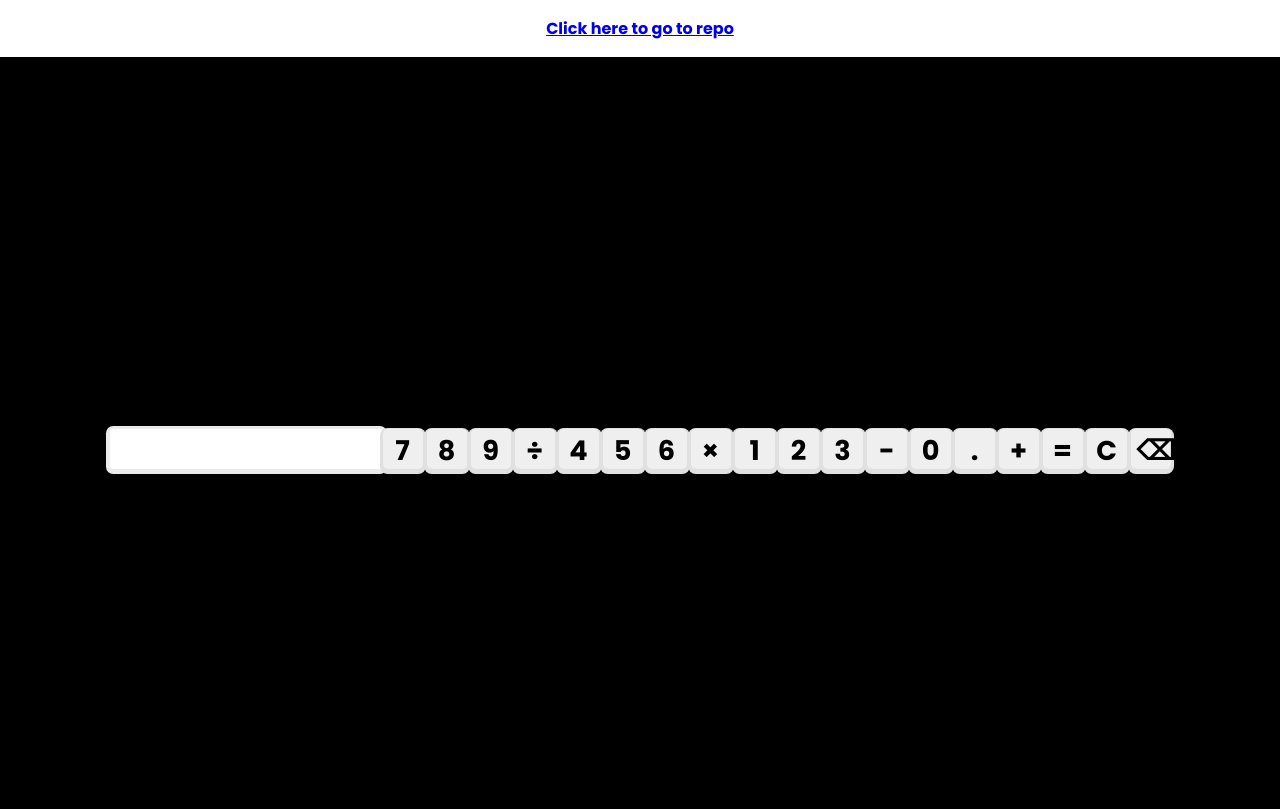
Repository: mcjohnsontech/Basic-calculator
Page: index.html
The author's editor kept a copy of each file at every save. The page is drawn from the files as they stood at one save, then again after the next save.
The browser window is 1280 px wide. The pictures show the whole page.

Above is the page before, as saved 2026-01-31 20:04:48.

### index.html
<!doctype html>
<html lang="en">
  <head>
    <meta charset="UTF-8" />

    <meta name="viewport" content="width=device-width, initial-scale=1.0" />
    <link rel="stylesheet" href="index.css" />
    <link rel="preconnect" href="https://fonts.googleapis.com" />
    <link rel="preconnect" href="https://fonts.gstatic.com" crossorigin />
    <link
      href="https://fonts.googleapis.com/css2?family=Poppins:ital,wght@0,100;0,200;0,300;0,400;0,500;0,600;0,700;0,800;0,900;1,100;1,200;1,300;1,400;1,500;1,600;1,700;1,800;1,900&display=swap"
      rel="stylesheet"
    />
    <title>Calculator</title>

    <p>
      <a href="https://github.com/mcjohnsontech/Basic-calculator"
        >Click here to go to repo</a
      >
    </p>
  </head>
  <body>
    <section class="calculator">
      <div class="display-wrapper">
        <input
          type="text"
          id="display"
          readonly
          aria-label="Calculator display"
        />
      </div>

      <div class="buttons">
        <!-- Row 1 -->
        <button data-value="7">7</button>
        <button data-value="8">8</button>
        <button data-value="9">9</button>
        <button class="operator" data-operator="/">÷</button>

        <!-- Row 2 -->
        <button data-value="4">4</button>
        <button data-value="5">5</button>
        <button data-value="6">6</button>
        <button class="operator" data-operator="*">×</button>

        <!-- Row 3 -->
        <button data-value="1">1</button>
        <button data-value="2">2</button>
        <button data-value="3">3</button>
        <button class="operator" data-operator="-">−</button>

        <!-- Row 4 -->
        <button data-value="0" class="zero">0</button>
        <button data-value=".">.</button>
        <button class="operator" data-operator="+">+</button>
        <button id="equals">=</button>

        <!-- Row 5 -->
        <button id="clear" class="span-two">C</button>
        <button id="backspace">⌫</button>
      </div>
    </section>
  </body>
</html>
<script src="./index.js"></script>

### index.css
body{
    margin: 0;
    padding: 0;
}

p{
    font-family: "Poppins", sans-serif;
    font-weight: 700;
    text-align: center;
}
section.calculator{
    padding-top: 2rem;
    display: flex;
    background-color: #000;
    justify-content: center;
    align-items: center;
    height: 100vh;
}

table{
    background-color: rgb(116, 116, 116);
    width: 200px;
    height: 400px;
    padding: 1.1rem;
    border-radius: 0.3rem;
    box-shadow: 0px 2px 0px 5px rgb(107 107 107);

}

button{
    font-size: 1.7rem;
    font-weight: 600;
    width: 40px;
    height: 40px;
    font-family: "Poppins", sans-serif;
    font-weight: 700;
    text-align: center;
    border: 0;
    outline: 0;
    border-radius: 0.3rem;
    box-shadow: 0px 2px 0px 3px rgb(224 224 224);
}
button#total {
    background-color: orange;
    box-shadow: 0px 2px 0px 3px rgb(217 143 18);
}
input{
    text-align: right;
    border: 0;
    outline: 0;
    border-radius: 0.2rem;
    font-family: "Poppins", sans-serif;
    font-weight: 700;
    /* font-size: 1.7rem; */
    height: 2.4rem;
    box-shadow: 0px 1px 0px 4px rgb(255 255 255 / 92%);
}

### index.js
// Get the input box for filling the inputed number from the calculator

var addition = document.getElementById("addition");
var multiply = document.getElementById("multiply");
var division = document.getElementById("division");
var subtraction = document.getElementById("subtraction");

var display = document.getElementById("display");
var collate = [];

document.addEventListener("keydown", function (event) {
  const key = event.key;

  // Numbers
  if (!isNaN(key)) {
    appendToDisplay(key);
  }

  // Operators
  else if (["+", "-", "*", "/"].includes(key)) {
    mathsOperator(key);
  }

  // Decimal point
  else if (key === ".") {
    appendToDisplay(".");
  }

  // Enter key → calculate
  else if (key === "Enter") {
    event.preventDefault(); // stops form submit if inside form
    totalFunc();
  }

  // Backspace → remove last character
  else if (key === "Backspace") {
    display.value = display.value.slice(0, -1);
  }

  // Escape → clear display
  else if (key === "Escape") {
    clearDisplay();
  }
});

function appendToDisplay(input) {
  display.value += input;
  display.style.display = "inline";
}
function mathsOperator(operator) {
  let lastChar = display.value.slice(-1);

  // Prevent two operators in a row
  if ("+-*/".includes(lastChar)) return;

  // Convert × symbol to * for JavaScript
  if (operator === "x") operator = "*";

  display.value += operator;
}

function totalFunc() {
  try {
    let expression = display.value;

    // Replace visual ÷ if you used it
    expression = expression.replace(/÷/g, "/");

    let result = eval(expression);

    if (!isFinite(result)) {
      display.value = "Math Error";
    } else {
      display.value = Number.isInteger(result)
        ? result
        : result.toFixed(3);
    }
  } catch (error) {
    display.value = "Error";
  }
}

function clearDisplay() {
  display.value = "";
}

After the next save:
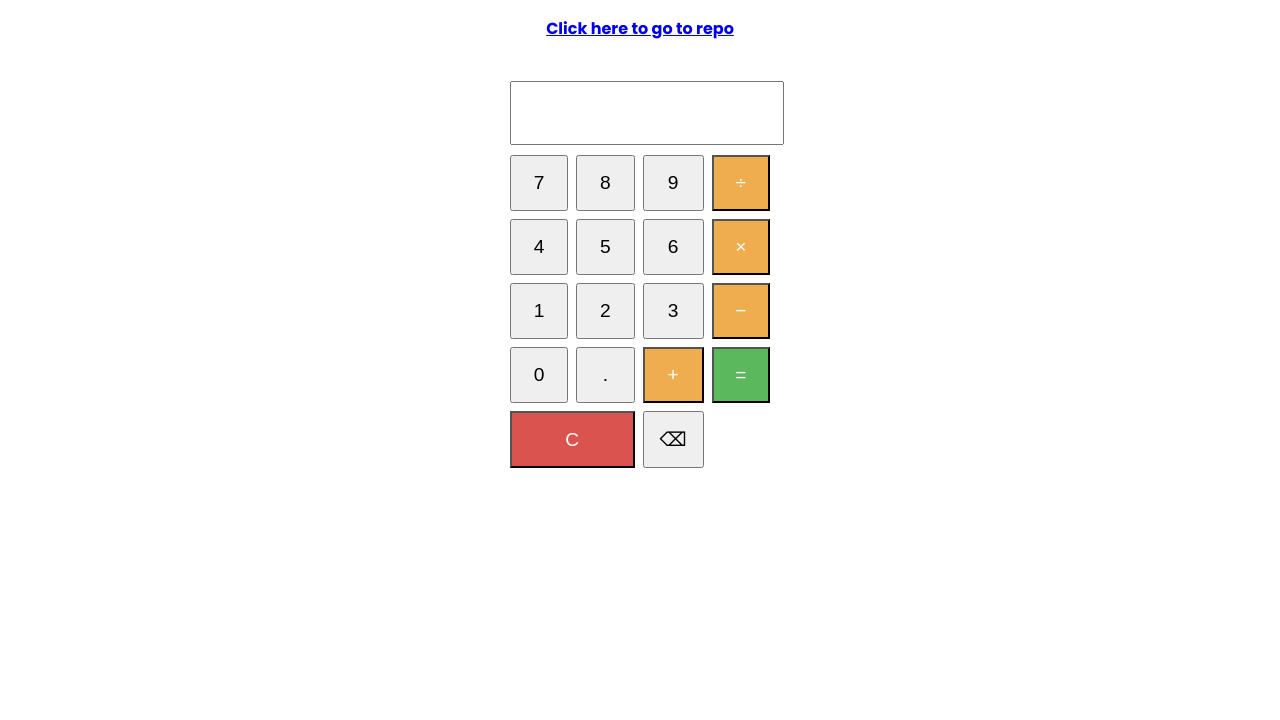
Saved 22 s later.
--- a/index.css
+++ b/index.css
@@ -8,50 +8,51 @@ p{
     font-weight: 700;
     text-align: center;
 }
-section.calculator{
-    padding-top: 2rem;
-    display: flex;
-    background-color: #000;
-    justify-content: center;
-    align-items: center;
-    height: 100vh;
+.calculator {
+  width: 260px;
+  margin: 40px auto;
 }
 
-table{
-    background-color: rgb(116, 116, 116);
-    width: 200px;
-    height: 400px;
-    padding: 1.1rem;
-    border-radius: 0.3rem;
-    box-shadow: 0px 2px 0px 5px rgb(107 107 107);
-
+.display-wrapper input {
+  width: 100%;
+  height: 50px;
+  font-size: 1.5rem;
+  text-align: right;
+  margin-bottom: 10px;
+  padding: 5px;
 }
 
-button{
-    font-size: 1.7rem;
-    font-weight: 600;
-    width: 40px;
-    height: 40px;
-    font-family: "Poppins", sans-serif;
-    font-weight: 700;
-    text-align: center;
-    border: 0;
-    outline: 0;
-    border-radius: 0.3rem;
-    box-shadow: 0px 2px 0px 3px rgb(224 224 224);
+.buttons {
+  display: grid;
+  grid-template-columns: repeat(4, 1fr);
+  gap: 8px;
 }
-button#total {
-    background-color: orange;
-    box-shadow: 0px 2px 0px 3px rgb(217 143 18);
+
+button {
+  padding: 15px;
+  font-size: 1.2rem;
+  cursor: pointer;
 }
-input{
-    text-align: right;
-    border: 0;
-    outline: 0;
-    border-radius: 0.2rem;
-    font-family: "Poppins", sans-serif;
-    font-weight: 700;
-    /* font-size: 1.7rem; */
-    height: 2.4rem;
-    box-shadow: 0px 1px 0px 4px rgb(255 255 255 / 92%);
+
+.operator {
+  background: #f0ad4e;
+  color: white;
 }
+
+#equals {
+  background: #5cb85c;
+  color: white;
+}
+
+#clear {
+  background: #d9534f;
+  color: white;
+}
+
+.span-two {
+  grid-column: span 2;
+}
+
+.zero {
+  grid-column: span 1;
+}
